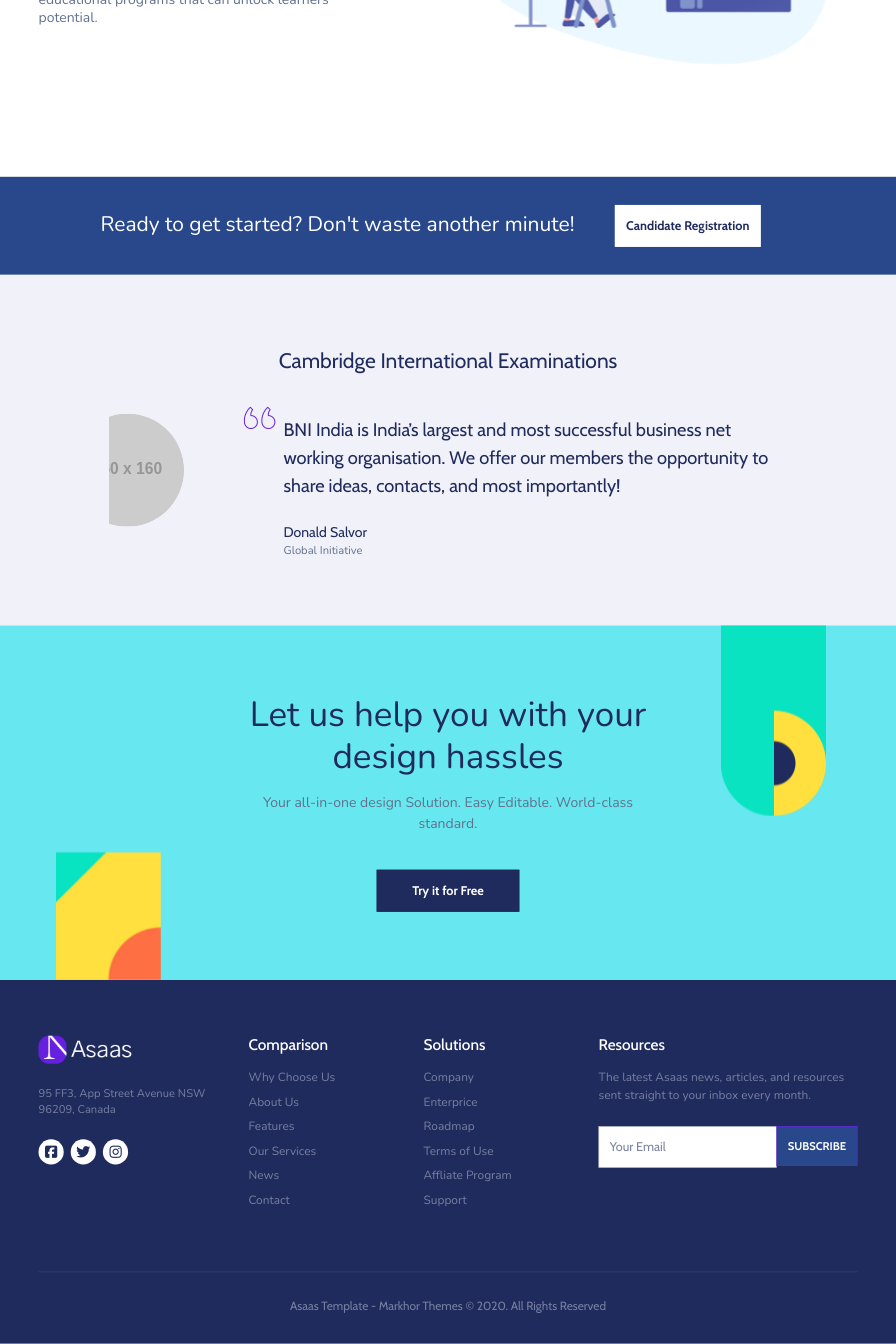
Repository: AXUSLK/LyceumAssessments-HTML
Page: index.html
An editor plug-in stored every save of this project. The page is shown before and after the next save, followed by the edit.
The browser window is 1280 px wide. The pictures show the part of the page from y = 3781 to 5701 px (the page is 5701 px tall before and 5621 px after), at 70% of full size.
Backgrounds fixed to the window are drawn as part of the page. Some web libraries are served in a nearby version.

Above is the page before, as saved 2022-01-30 17:09:53.

After the next save:
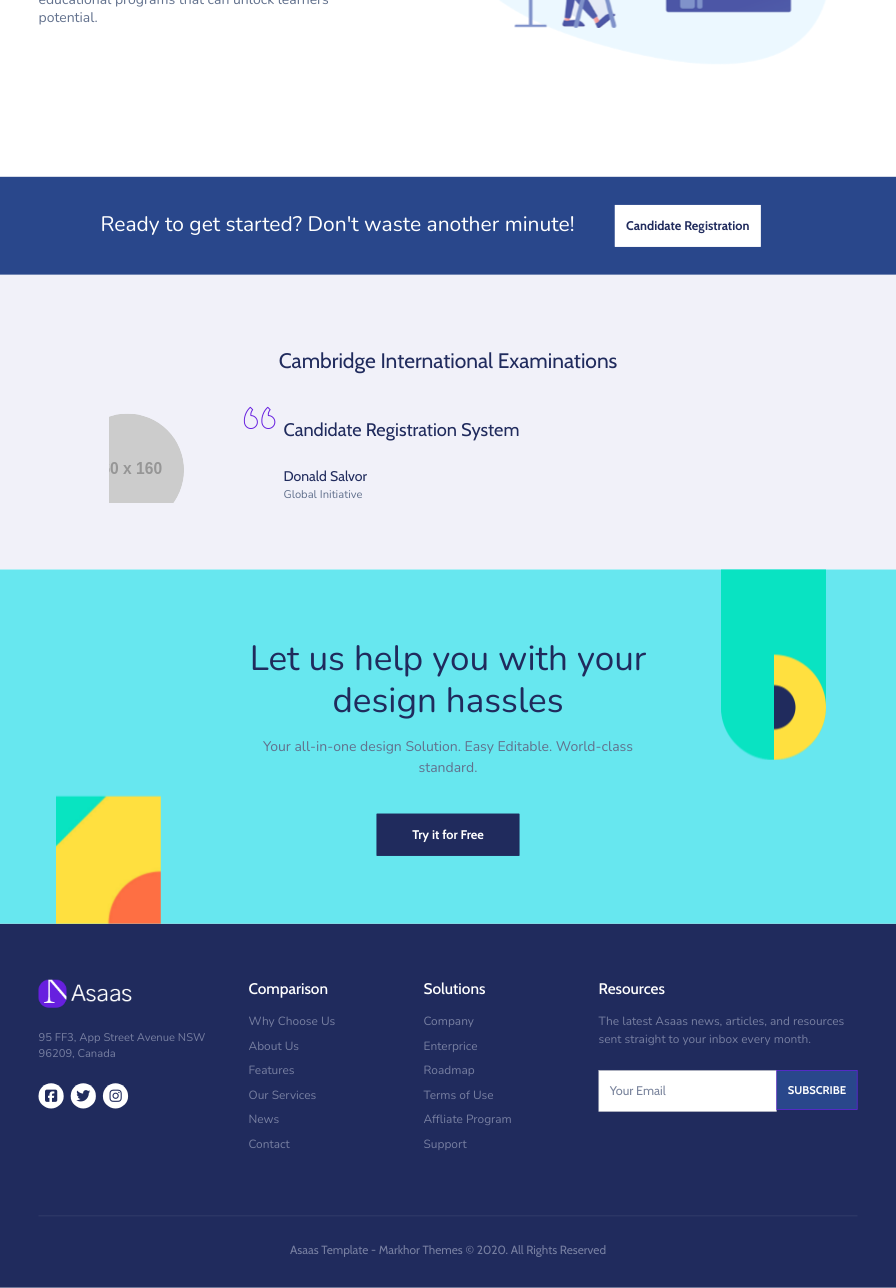
Saved 11 s later.
--- a/index.html
+++ b/index.html
@@ -460,10 +460,8 @@
 										<!-- clientQuote -->
 										<blockquote
 											class="clientQuote fontAlter position-relative text-primary pt-25 pt-sm-0 pl-sm-40 pl-xl-50 mb-0">
-											<q class="d-block position-relative mb-7 pt-4 pl-12 pl-sm-0">BNI India is
-												India’s largest and most successful business net working organisation.
-												We offer our members the opportunity to share ideas, contacts, and most
-												importantly!</q>
+											<q class="d-block position-relative mb-7 pt-4 pl-12 pl-sm-0">Candidate
+												Registration System</q>
 											<cite class="d-block pl-12 pl-sm-0">
 												<!-- profilePicWrap -->
 												<span
